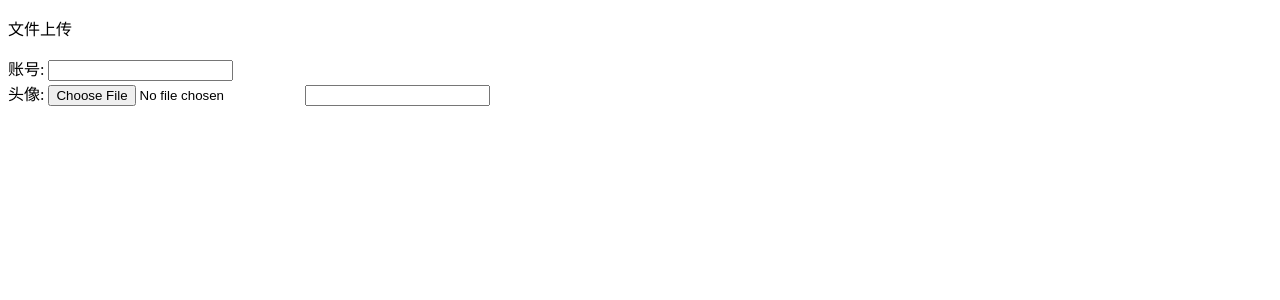
Repository: qyl1006/JavaCode
Page: http://localhost/fileupload_dowload/fileUpload.jsp
An editor plug-in stored every save of this project. The page is shown before and after the next save, followed by the edit.
The browser window is 1280 px wide. The pictures show the whole page.
The page is served by Tomcat 9. Other server files are loaded and not shown.

Above is the page before, as saved 2018-03-11 05:50:16.

### workspace/fileupload_dowload/webapp/fileUpload.jsp
<%@ page language="java" contentType="text/html; charset=UTF-8"
    pageEncoding="UTF-8"%>
<!DOCTYPE html PUBLIC "-//W3C//DTD HTML 4.01 Transitional//EN" "http://www.w3.org/TR/html4/loose.dtd">

<html>
<head>
<meta http-equiv="Content-Type" content="text/html; charset=UTF-8">
<title>Insert title here</title>
</head>
<body>
	<p>文件上传</p>
	<form action="/fileupload" method="post" enctype="multipart/form-data">
		账号: <input type="text" name="username"/><br>
		头像: <input type="file" name="headImg" accept="image/*"/>
			<input />
	</form>
</body>
</html>

After the next save:
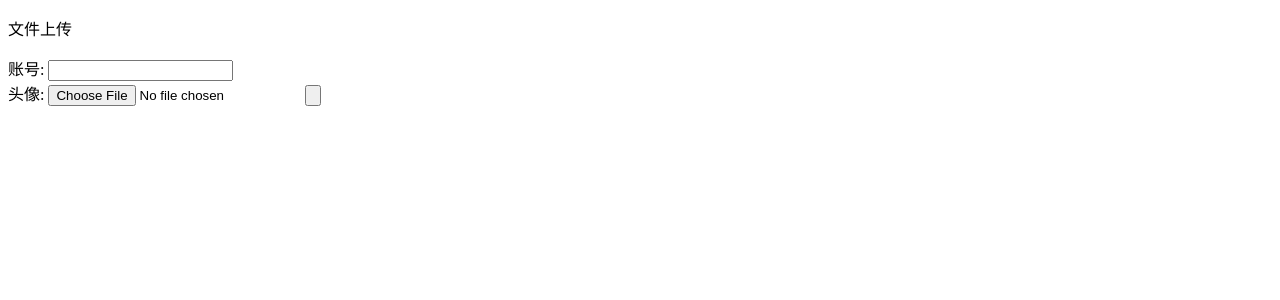
Saved 12 s later.
--- a/workspace/fileupload_dowload/webapp/fileUpload.jsp
+++ b/workspace/fileupload_dowload/webapp/fileUpload.jsp
@@ -12,7 +12,7 @@
 	<form action="/fileupload" method="post" enctype="multipart/form-data">
 		账号: <input type="text" name="username"/><br>
 		头像: <input type="file" name="headImg" accept="image/*"/>
-			<input />
+			<input type="submit" value=""/>
 	</form>
 </body>
 </html>
